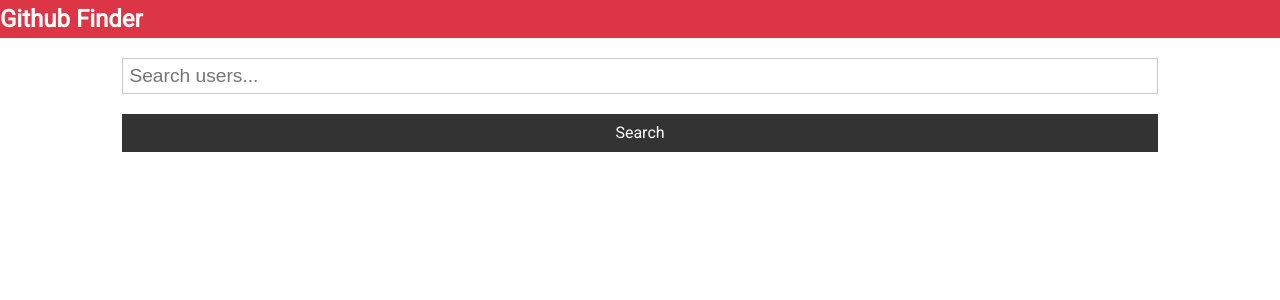
Repository: 7harshit20/github-users-finder
Page: /
The author's editor kept a copy of each file at every save. The page is drawn from the files as they stood at one save, then again after the next save.
The browser window is 1280 px wide. The pictures show the whole page.
The project was rebuilt for these pictures with package versions that can differ from the ones it lists, and the page was loaded fresh each time. Also part of the build but not shown: src/component/users/UserItems.js, src/component/layout/Spinner.js, src/component/layout/Alert.js.

Above is the page before, as saved 2021-10-03 10:20:06.

### src/App.js
import React, { Component } from 'react';
import { BrowserRouter as Router, Switch, Route } from 'react-router-dom';
import Navbar from './component/layout/Navbar';
import Users from './component/users/Users';
import Search from './component/users/Search';
import Alert from './component/layout/Alert';
import axios from 'axios';
import './App.css';

class App extends Component {
  state = {
    users: [],
    loading: false,
    alert: null
  }

  searchUsers = async (text) => {
    this.setState({ loading: true });

    // const res = await fetch(`http://api.github.com/search/users?q=${text}&client_id=${process.env.REACT_APP_GITHUB_CLIENT_ID}&client_secret=${process.env.REACT_APP_GITHUB_CLIENT_SECRET}`);
    // const data = await res.json();
    // this.setState({ users: data.items, loading: false });
    const res = await axios.get(`http://api.github.com/search/users?q=${text}&client_id=${process.env.REACT_APP_GITHUB_CLIENT_ID}&client_secret=${process.env.REACT_APP_GITHUB_CLIENT_SECRET}`);

    this.setState({ loading: false, users: res.data.items });
  };

  clearUsers = () => {
    this.setState({ users: [] })
  }

  setAlert = (message, background) => {
    this.setState({ alert: { msg: message, type: background } });
    setTimeout(() => this.setState({ alert: null }), 3000)
  }

  // async componentDidMount() {
  //   this.setState({ loading: true });

  //   const res = await fetch(`http://api.github.com/users?client_id=${process.env.REACT_APP_GITHUB_CLIENT_ID}&client_secret=${process.env.REACT_APP_GITHUB_CLIENT_SECRET}`);
  //   const data = await res.json();

  //   this.setState({ users: data, loading: false });
  // }



  render() {
    // const name = "Someone";
    // const load = false;
    // const showName = true;
    // if (!showName && !load) {
    //   return (
    //     <h1>Changes successful</h1>
    //   )
    // }
    // return (
    //   <div className="App" >
    //     {load ? <h4>Loading...</h4> : <h1>{name}'s Changes successful</h1>}
    //   </div>
    //   // <Fragment>
    //   //   <h1>Hello again</h1>
    //   // </Fragment>
    // );
    const { loading, users, alert } = this.state;
    const name = "Github Finder";

    return (
      <Router>
        <div className="App">
          <Navbar title={name} />
          <div className="container">
            <Alert alert={alert} />
            <Search
              searchUsers={this.searchUsers}
              clearUsers={this.clearUsers}
              setAlert={this.setAlert}
              showClear={users.length > 0 ? true : false}
            />
            <Users loading={loading} users={users} />
          </div>
        </div>
      </Router>

    );

  }
}

export default App;

### src/component/layout/Navbar.js
// import React, { Component } from 'react'
// import PropTypes from 'prop-types'

// export class Navbar extends Component {
//     static defaultProps = {
//         title: 'Github Finder'
//     }

//     static propTypes = {
//         title: PropTypes.string.isRequired
//     }

//     render() {
//         return (
//             <nav className='bg-primary'>
//                 <h1>{this.props.title}</h1>
//             </nav>
//         )
//     }
// }

// export default Navbar
import React from 'react'
import PropTypes from 'prop-types'

const Navbar = ({ title }) => {
    return (
        <nav className='bg-primary'>
            <h1>
                {title}
            </h1>
        </nav>
    )
}
Navbar.defaultProps = {
    title: 'Github Finder'
}

Navbar.propTypes = {
    title: PropTypes.string.isRequired
}


export default Navbar

### src/component/users/Users.js
import React from 'react'
import UserItems from './UserItems';
import Spinner from '../layout/Spinner';
import PropTypes from 'prop-types'

const Users = ({ users, loading }) => {
    if (loading) {
        return <Spinner />
    }
    return (
        <div style={userStyle}>
            {users.map(user => (
                <UserItems key={user.id} user={user} />
            ))}
        </div>
    );
}

const userStyle = {
    display: 'grid',
    gridTemplateColumns: 'repeat(3,1fr)',
    gridGap: '1rem'
}

Users.prototype = {
    users: PropTypes.array.isRequired,
    loading: PropTypes.bool.isRequired
}

export default Users

### src/component/users/Search.js
import React, { Component } from 'react'
import PropTypes from 'prop-types'

export class Search extends Component {
    state = {
        text: ''
    };
    onChange = (e) => {
        return this.setState({ [e.target.name]: e.target.value });
    }
    static propTypes = {
        searchUsers: PropTypes.func.isRequired,
        clearUsers: PropTypes.func.isRequired,
        showClear: PropTypes.bool.isRequired,
        setAlert: PropTypes.func.isRequired
    }
    onSubmit = (e) => {
        e.preventDefault();
        if (this.state.text.length === 0) {
            this.props.setAlert('No input provided', 'light');
            return;
        }
        this.props.searchUsers(this.state.text);
        this.setState({ text: '' });
    }
    render() {
        const { clearUsers, showClear } = this.props;
        return (
            <div>
                <form onSubmit={this.onSubmit} className="form">
                    <input type="text" name="text" placeholder="Search users..." value={this.state.text} onChange={this.onChange} />
                    <input type="submit" value="Search" className="btn btn-dark btn-block" />
                </form>
                {showClear && (
                    <button className="btn btn-light btn-block" onClick={clearUsers}>Clear</button>
                )
                }
            </div>
        )
    }
}

export default Search

Loaded but not shown: src/index.js (common file); src/reportWebVitals.js (common file); src/App.css (common file)

After the next save:
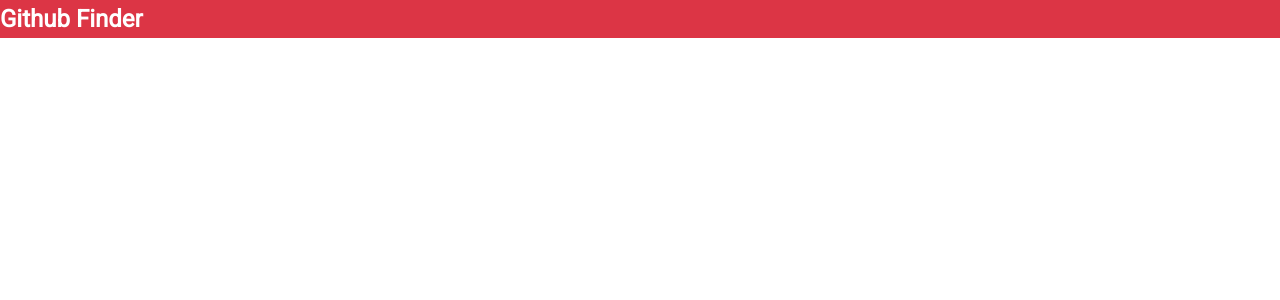
Saved 13 min 0 s later.
--- a/src/App.js
+++ b/src/App.js
@@ -1,4 +1,4 @@
-import React, { Component } from 'react';
+import React, { Component, Fragment } from 'react';
 import { BrowserRouter as Router, Switch, Route } from 'react-router-dom';
 import Navbar from './component/layout/Navbar';
 import Users from './component/users/Users';
@@ -71,14 +71,21 @@
           <Navbar title={name} />
           <div className="container">
             <Alert alert={alert} />
-            <Search
-              searchUsers={this.searchUsers}
-              clearUsers={this.clearUsers}
-              setAlert={this.setAlert}
-              showClear={users.length > 0 ? true : false}
-            />
-            <Users loading={loading} users={users} />
+            <Switch>
+              <Route exact path='/' render={(props) => {
+                <Fragment>
+                  <Search
+                    searchUsers={this.searchUsers}
+                    clearUsers={this.clearUsers}
+                    setAlert={this.setAlert}
+                    showClear={users.length > 0 ? true : false}
+                  />
+                  <Users loading={loading} users={users} />
+                </Fragment>
+              }} />
+            </Switch>
           </div>
+
         </div>
       </Router>
 
